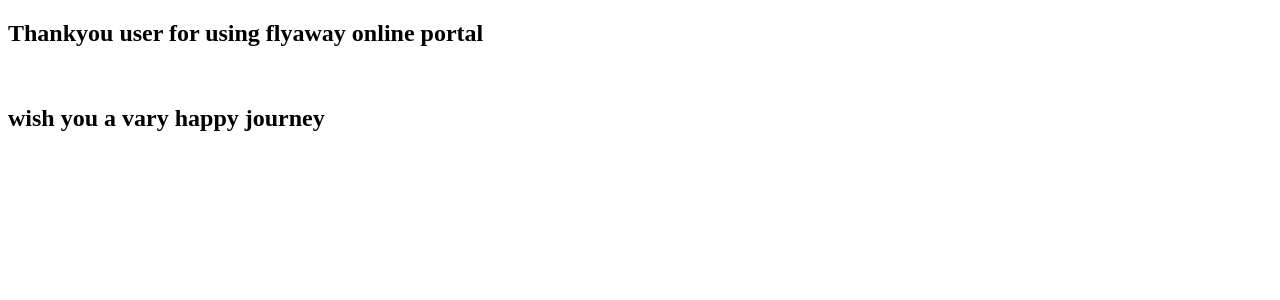
Repository: jha6435/Backenefinalsubmission
Page: http://localhost/ProjectFlyaway2/payconfirm.jsp
An editor plug-in stored every save of this project. The page is shown before and after the next save, followed by the edit.
The browser window is 1280 px wide. The pictures show the whole page.
The page is served by Tomcat 9.

Above is the page before, as saved 2023-05-12 06:43:31.

### ProjectFlyaway2/src/main/webapp/payconfirm.jsp
<%@ page language="java" contentType="text/html; charset=ISO-8859-1"
    pageEncoding="ISO-8859-1"%>
<!DOCTYPE html>
<html>
<head>
<meta charset="ISO-8859-1">
<title>Insert title here</title>
</head>
<body>
<h2>Thankyou user for using flyaway online portal</h2><br>
<h2>wish you a vary happy journey</h2>
</body>
</html>

After the next save:
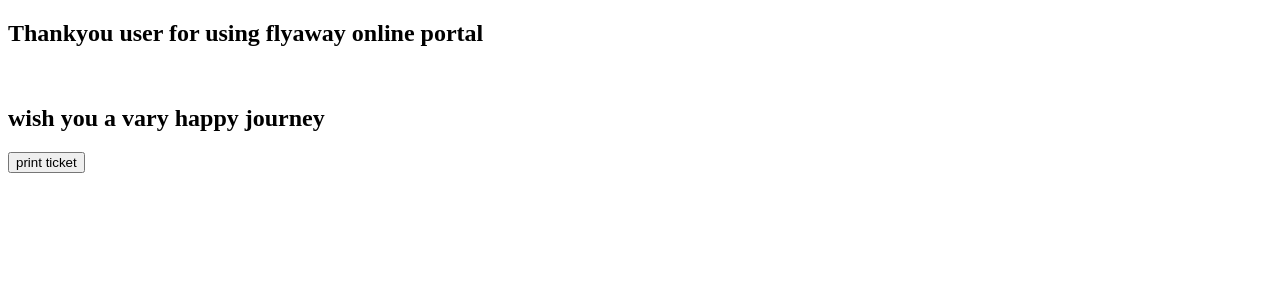
Saved 62 s later.
--- a/ProjectFlyaway2/src/main/webapp/payconfirm.jsp
+++ b/ProjectFlyaway2/src/main/webapp/payconfirm.jsp
@@ -9,5 +9,7 @@
 <body>
 <h2>Thankyou user for using flyaway online portal</h2><br>
 <h2>wish you a vary happy journey</h2>
+
+<button>print ticket</button>
 </body>
 </html>
